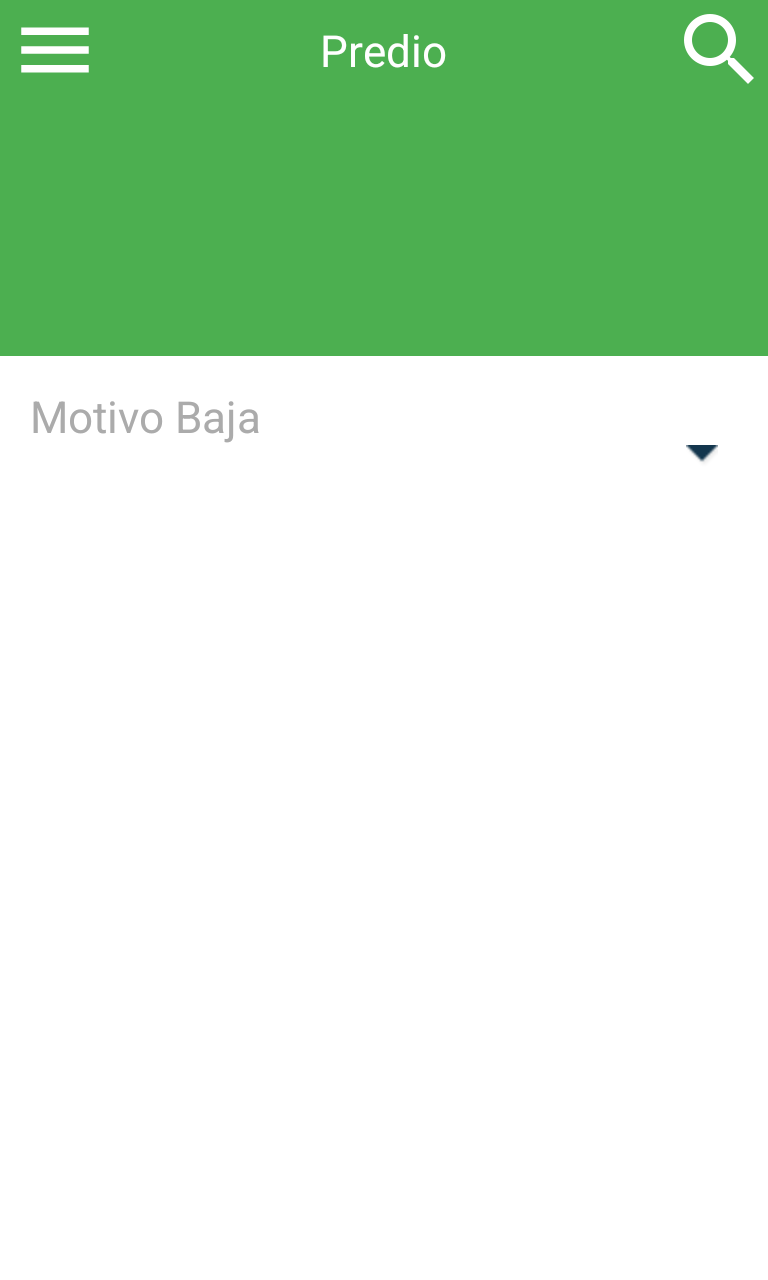
Repository: danielctf/Chilterra
Layout: Proyectos/Animales/res/layout/activity_baja_ganado.xml
The author's editor kept a copy of each file at every save. The layout is drawn from the files as they stood at one save, then again after the next save.
It is drawn on a 768 x 1280 px phone screen (xhdpi) without system bars, with theme AppTheme; the app's code is not run.

Above is the layout before, as saved 2015-10-09 16:21:47.

After the next save:
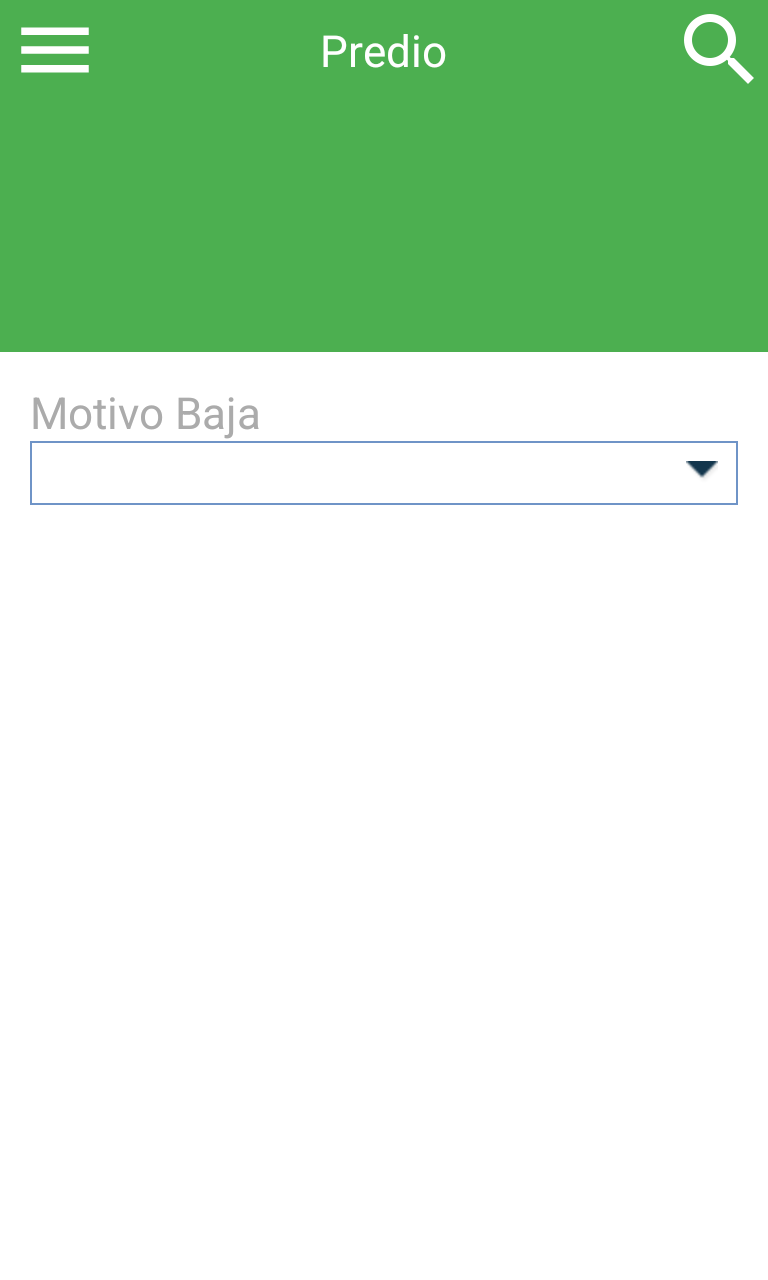
Saved 8 s later.
--- a/Proyectos/Animales/res/drawable/shape_drop_down_normal.xml
+++ b/Proyectos/Animales/res/drawable/shape_drop_down_normal.xml
@@ -2,11 +2,17 @@
 <layer-list xmlns:android="http://schemas.android.com/apk/res/android" >
 <item>
     <shape>
+        <solid android:color="@android:color/transparent" />
+
+        <stroke
+            android:width="1dp"
+            android:color="#6f94c7" />
 
         <padding
             android:bottom="10dp"
             android:left="2dp"
-            android:right="10dp" />
+            android:right="10dp"
+            android:top="10dp" />
     </shape>
 </item>
 <item>
